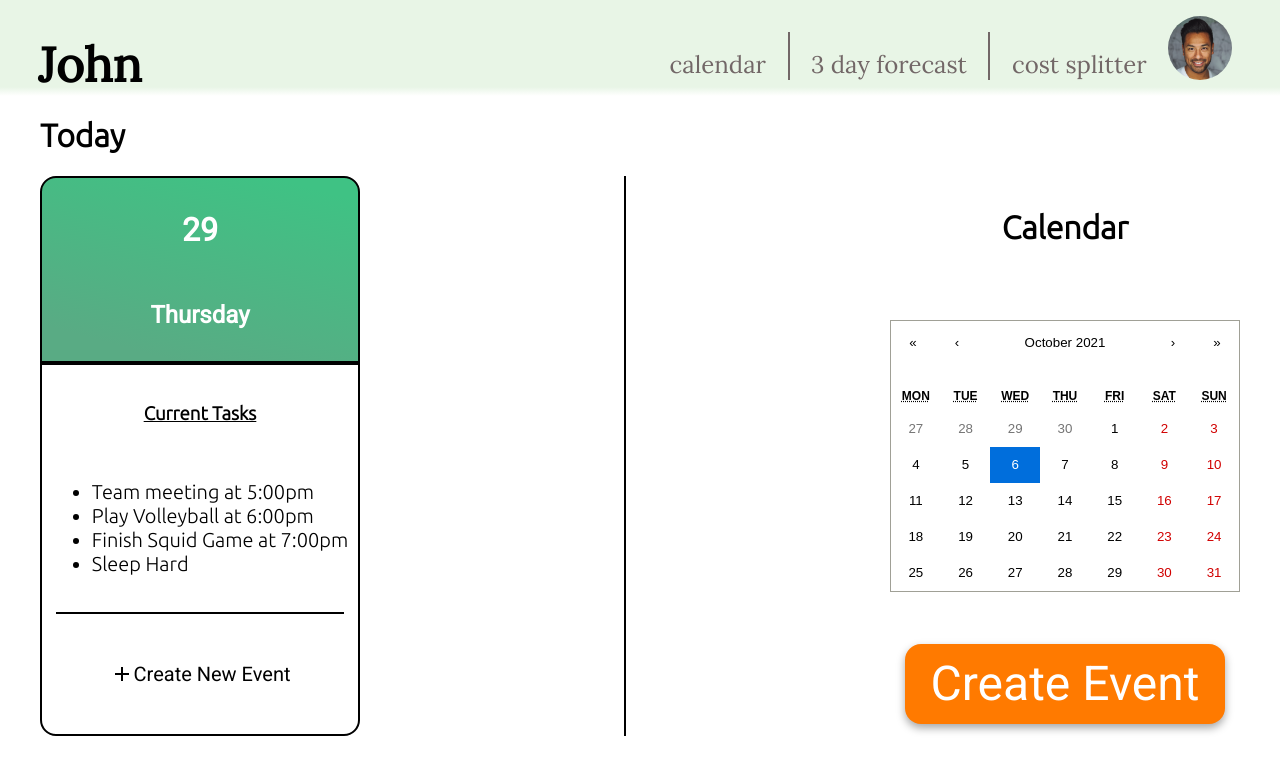
Repository: wilyyy/John
Page: /calendar (app in john-app/)
An editor plug-in stored every save of this project. The page is shown before and after the next save, followed by the edit.
The browser window is 1280 px wide. The pictures show the whole page.
The project was rebuilt for these pictures with package versions that can differ from the ones it lists, and the page was loaded fresh each time. The framework's server and built-in components were replaced by stand-ins that run in the browser. Also part of the build but not shown: john-app/next.config.js.

Above is the page before, as saved 2021-10-07 18:40:52.

### john-app/pages/calendar.js
import Head from 'next/head'
import Nav from '@/Components/Nav'
import {useRouter} from 'next/router';
import styled from 'styled-components';
import TaskCard from '@/Components/TaskCard';
import JohnCalendar from '@/Components/Calendar';
import Button from '@/Components/Button';

const CalendarCont = styled.div`
    display: flex;
    flex-direction: column;
    justify-content: space-between;
    align-items: center;
    width: 100vw;
`;

const CalendarPageCont = styled.div`
    display: flex;
    flex-direction: column;
    font-family: 'Ubuntu', sans-serif;
    width: 75rem;
    height: 40rem;
`;

const CalendarPageRow = styled.div`
    display: flex;
    width: 75rem;
    height: 35rem;
    justify-content: space-between;
    align-items: center;
`;

const Divider = styled.div`
    border-left: 2px black solid;
    height: 40rem;
    width: 2px;
    height: 35rem;
`;

const CalendarWithHeader = styled.div`
    display: flex;
    flex-direction: column;
    justify-content: space-evenly;
    align-items: center;
    height: 40rem;

`;

export default function Calendar(){
    const router = useRouter();
    return (
        <CalendarCont>
            <Head>
                <title>Calendar - John</title>
                <meta name="description" content="Generated by create next app" />
                <link rel="icon" href="/favicon.ico" />
            </Head>
            <Nav />
            <CalendarPageCont>
                <h1>Today</h1>
                <CalendarPageRow>
                    <TaskCard />
                    <Divider />
                    <CalendarWithHeader>
                        <h1>Calendar</h1>
                        <JohnCalendar />
                        <Button text="Create Event" routeTo="/eventcreation"/>
                    </CalendarWithHeader>
                </CalendarPageRow>
            </CalendarPageCont>
        </CalendarCont>
    )
}

### john-app/styles/globals.css
@import url('https://fonts.googleapis.com/css2?family=Roboto&family=Ubuntu:wght@300&display=swap');
@import url('https://fonts.googleapis.com/css2?family=Lora&display=swap');
/* Ubuntu and Roboto and Lora Font */

html,
body {
  padding: 0;
  margin: 0;
  font-family: -apple-system, BlinkMacSystemFont, Segoe UI, Roboto, Oxygen,
    Ubuntu, Cantarell, Fira Sans, Droid Sans, Helvetica Neue, sans-serif;
}

a {
  color: inherit;
  text-decoration: none;
}

* {
  box-sizing: border-box;
}

### john-app/Components/Nav/index.js
import styled from 'styled-components';
import {useRouter} from 'next/router';
import React, {useState} from 'react';
import Image from 'next/image';
import profilePic from '@/Photos/avatar.jpg';

const NavCont = styled.div`
    display: flex;
    flex-direction: column;
    justify-content: flex-end;
    width: 100%;
    height: 6rem;
    font-family: 'Lora', serif;
    background: linear-gradient(180deg, #E8F5E6 90.62%, rgba(208, 227, 205, 0) 100%);
`;

const NavRow = styled.div`
    display: flex;
    justify-content: space-between;
    padding: 0 2rem;
`;

const NavLinkRow = styled.div`
    display: flex;
    justify-content: space-evenly;
    width: 600px;
`;

const JohnLogo = styled.button`
    font-family: 'Lora', serif;
    border:none;
    background: none;
    font-size: 3rem;
    font-weight: bold;
    color: #000;
`;

const NavItem = styled.button`
    font-size: 1.5rem;
    color: #726767;
    font-family: 'Lora', serif;
    border:none;
    background: none;
`;

const Divider = styled.div`
    border-left: 2px #726767 solid;
    height: 3rem;
`;

const AvatarCont = styled.div`
    border-radius: 25rem;
    width: 4rem;
    height: 4rem;
    overflow: hidden;
    position: relative;
    top: -1rem;
`;


const Nav = ({
    homeRoute = "/calendar",
    forecastRoute = "/forecast",
    costSplitterRoute = "/costsplitter"
}) => {
    const router = useRouter();
    return <NavCont>
        <NavRow>
            <JohnLogo onClick={()=>router.push(homeRoute)}>John</JohnLogo>
            <NavLinkRow>
                <NavItem onClick={()=>router.push(homeRoute)}>calendar</NavItem>
                <Divider />
                <NavItem onClick={()=>router.push(forecastRoute)}>3 day forecast</NavItem>
                <Divider />
                <NavItem onClick={()=>router.push(costSplitterRoute)}>cost splitter</NavItem>
                <AvatarCont>
                    <Image src={profilePic} />
                </AvatarCont>
            </NavLinkRow>
        </NavRow>
    </NavCont>
}

export default Nav;

### john-app/Components/TaskCard/index.js
import styled from 'styled-components';
import {useRouter} from 'next/router';
import React, {useState} from 'react';
import AddIcon from '@mui/icons-material/Add';

//maybe change this to an array instead of an object?
const tasks = {
    task1: "Team meeting at 5:00pm",
    task2: "Play Volleyball at 6:00pm",
    task3: "Finish Squid Game at 7:00pm",
    task4: "Sleep Hard"
}

const TaskCont = styled.div`
    display: flex;
    flex-direction: column;
    width: 20rem;
    height: 35rem;
`;

const TaskTopCont = styled.div`
    color: #fff;
    border-radius: 1rem 1rem 0 0;
    border: 2px solid #000;
    width: 20rem;
    height: 13rem;
    display: flex;
    flex-direction: column;
    justify-content: space-evenly;
    align-items: center;
    align-items: center;
    font-family: 'Roboto', sans-serif;
    background: linear-gradient(195.27deg, #3FC284 8.37%, #59AB84 86.66%);
`;

const TaskBotCont = styled.div`
    border-radius: 0 0 1rem 1rem;
    border: 2px solid #000;
    width: 20rem;
    height: 26rem;
    background-color: #fff;
    display: flex;
    flex-direction: column;
    justify-content: space-evenly;
    align-items: center;
`;

const H3 = styled.h3`
    color: #000;
    text-decoration: underline;
`;

const Ul = styled.ul`
    display: flex;
    flex-direction: column;
    justify-content: center;
    align-items: centerl
`;

const Li = styled.li`
    font-size: 1.25rem;
`;

const Divider = styled.div`
    border-bottom: 2px #000 solid;
    width: 18rem;
    height: 2px;
`;

const CreateEventLink = styled.button`
    height: 5rem;
    display: flex;
    align-items: center;
    font-family: 'Roboto', sans-serif;
    border:none;
    background: none;
    font-size: 1.25rem;
`;


const TaskCard = ({
    day_number = "29",
    day = "Thursday"
}) => {
    return <TaskCont>
        <TaskTopCont>
            <h1>{day_number}</h1>
            <h2>{day}</h2>
        </TaskTopCont>
        <TaskBotCont>
            <H3>Current Tasks</H3>
            <Ul>
                <Li>{tasks.task1}</Li>
                <Li>{tasks.task2}</Li>
                <Li>{tasks.task3}</Li>
                <Li>{tasks.task4}</Li>
            </Ul>
            <Divider />

            <CreateEventLink>
                <AddIcon />Create New Event
                </CreateEventLink>
        </TaskBotCont>
    </TaskCont>
}

export default TaskCard;

### john-app/Components/Calendar/index.js
import React, {useState} from 'react';
import { render } from "react-dom";
import Calendar from "react-calendar";
import 'react-calendar/dist/Calendar.css';
import styled from 'styled-components';

const CalendarCont = styled.div`
    width: 1000px;
    border: 1px solid #f0f0f0;
    border-radius: 2px;
    background-color: #000;
`;


const JohnCalendar = () => {
    const [date, setDate] = useState(new Date());

    const onChange = (date) => {
        setDate(date);
    }

    return <div>
        <Calendar
        onChange={onChange}
        value={date}
        />
    </div>
}

export default JohnCalendar

### john-app/Components/Button/index.js
import styled from 'styled-components';
import {useRouter} from 'next/router';
import React, {useState} from 'react';

const ButtonCont = styled.button`
    display: flex;
    justify-content: center;
    align-items: center;
    width: ${props=>props.width};
    height: ${props=>props.height};
    background-color: ${props=>props.bgcolor};
    color: #ffffff;
    border-radius: ${props=>props.borderradius};
    border: none;
    filter: drop-shadow(0px 4px 4px rgba(0, 0, 0, 0.35));
    font-size: ${props=>props.fontsize};
`;

const ButtonText = styled.div`
    display: flex;
    color: #ffffff;
    font-family: 'Roboto', sans-serif;
`;

const Button = ({
    width = "20rem",
    height = "5rem",
    text = "Begin",
    borderradius = "1rem",
    bgcolor = "#FF7A00",
    fontsize = "3rem",
    routeTo="/calendar"
}) =>{
    const router = useRouter();
    return <ButtonCont
        width = {width}
        height = {height}
        text = {text}
        borderradius = {borderradius}
        bgcolor = {bgcolor}
        fontsize = {fontsize}
        onClick={()=>router.push(routeTo)}
    >
        <ButtonText>{text}</ButtonText>
    </ButtonCont>
}

export default Button;

Loaded but not shown: john-app/pages/_app.js (common file); john-app/pages/_document.js (common file)

After the next save:
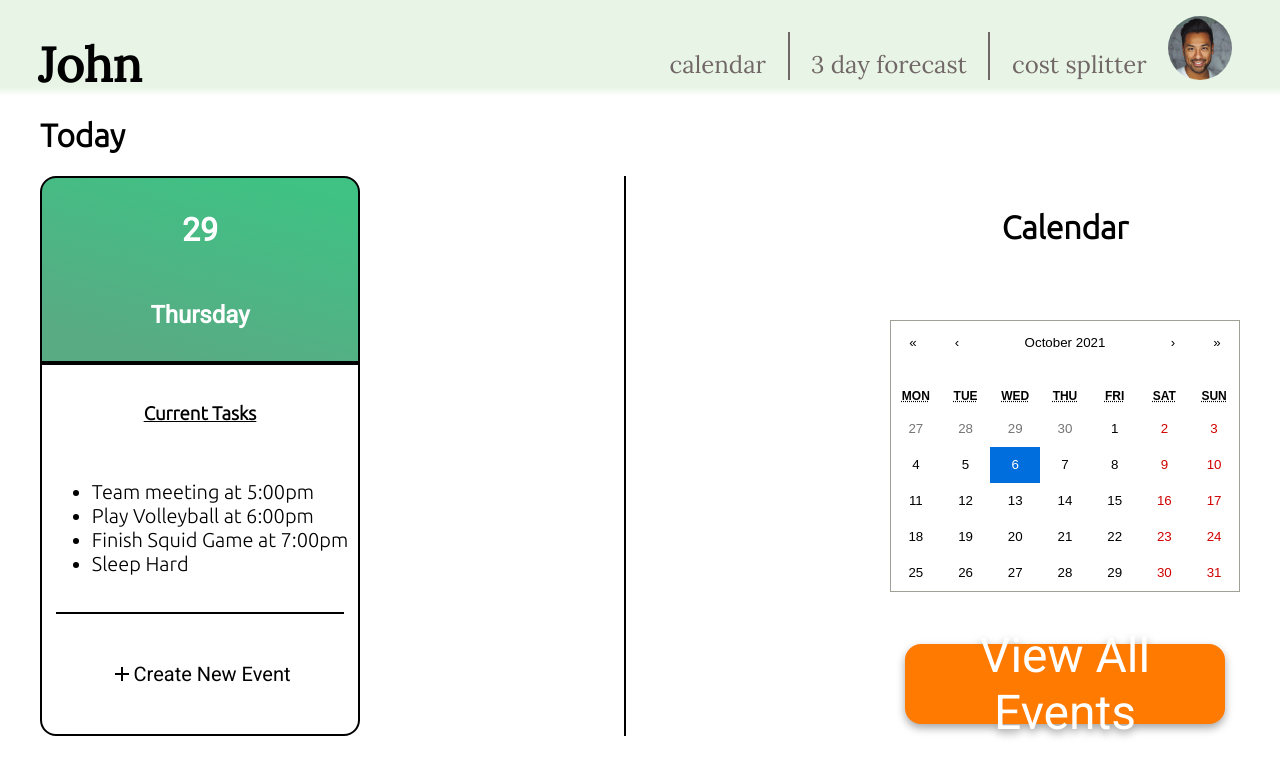
Saved 37 min 12 s later.
--- a/john-app/pages/calendar.js
+++ b/john-app/pages/calendar.js
@@ -64,7 +64,7 @@ export default function Calendar(){
                     <CalendarWithHeader>
                         <h1>Calendar</h1>
                         <JohnCalendar />
-                        <Button text="Create Event" routeTo="/eventcreation"/>
+                        <Button text="View All Events" routeTo="/forecast"/>
                     </CalendarWithHeader>
                 </CalendarPageRow>
             </CalendarPageCont>
